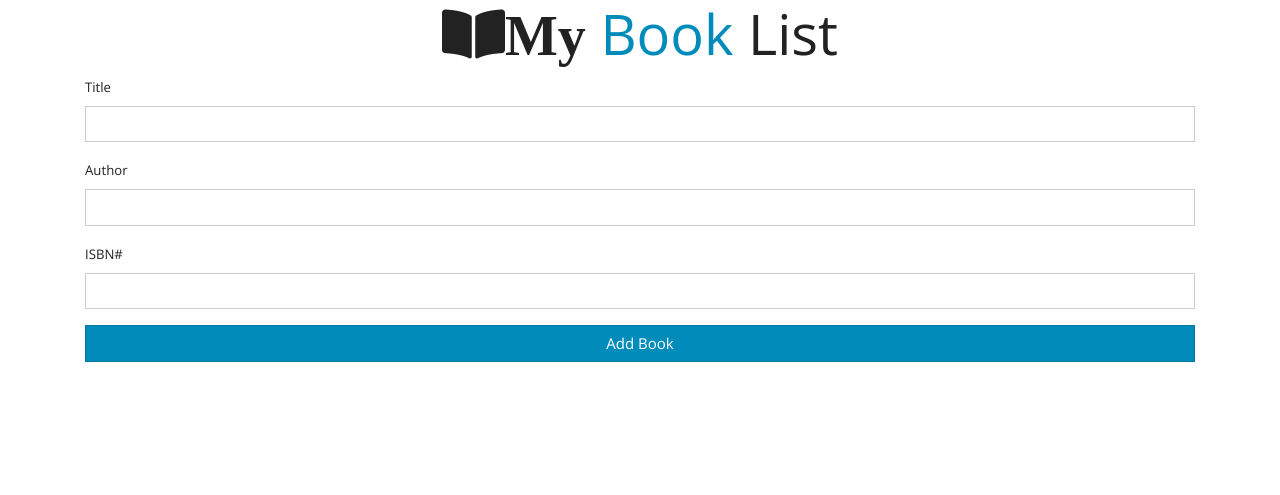
Repository: konstantin0s/bookList
Page: index.html
These files come from the project's save history. The page is drawn as it stood at one moment and after the next save; the edit follows.
The browser window is 1280 px wide. The pictures show the whole page.
Some web libraries are served in a nearby version.

Above is the page before, as saved 2018-12-24 22:37:26.

### index.html
<!DOCTYPE html>
<html lang="en">
<head>
  <meta charset="UTF-8">
  <meta name="viewport" content="width=device-width, initial-scale=1.0">
  <meta http-equiv="X-UA-Compatible" content="ie=edge">
  <title>Book List</title>
  <link rel="stylesheet" href="https://bootswatch.com/4/yeti/bootstrap.min.css">
  <link rel="stylesheet" href="https://use.fontawesome.com/releases/v5.6.3/css/all.css" integrity="sha384-UHRtZLI+pbxtHCWp1t77Bi1L4ZtiqrqD80Kn4Z8NTSRyMA2Fd33n5dQ8lWUE00s/" crossorigin="anonymous">
</head>
<body>
  <div class="container">
    <h1 class="display-4 text-center"><i class="fas fa-book-open">My</i> <span class="text-primary">Book</span> List</h1>
  <form action="" id="book-form">
    <div class="form-group">
      <label for="title">Title</label>
      <input type="text" id="title" class="form-control">
    </div>
    <div class="form-group">
        <label for="author">Author</label>
        <input type="text" id="author" class="form-control">
      </div>
      <div class="form-group">
          <label for="isbn">ISBN#</label>
          <input type="text" id="isbn" class="form-control">
        </div>
        <input type="submit" value="Add Book" class="btn btn-primary btn-block">
  </form>
  <table>

  </table>
  </div>

  <script type="text/javascript" src="js/app.js"></script>
</body>
</html>

Loaded but not shown: js/app.js (no copy from this time; the picture is the same without it)

After the next save:
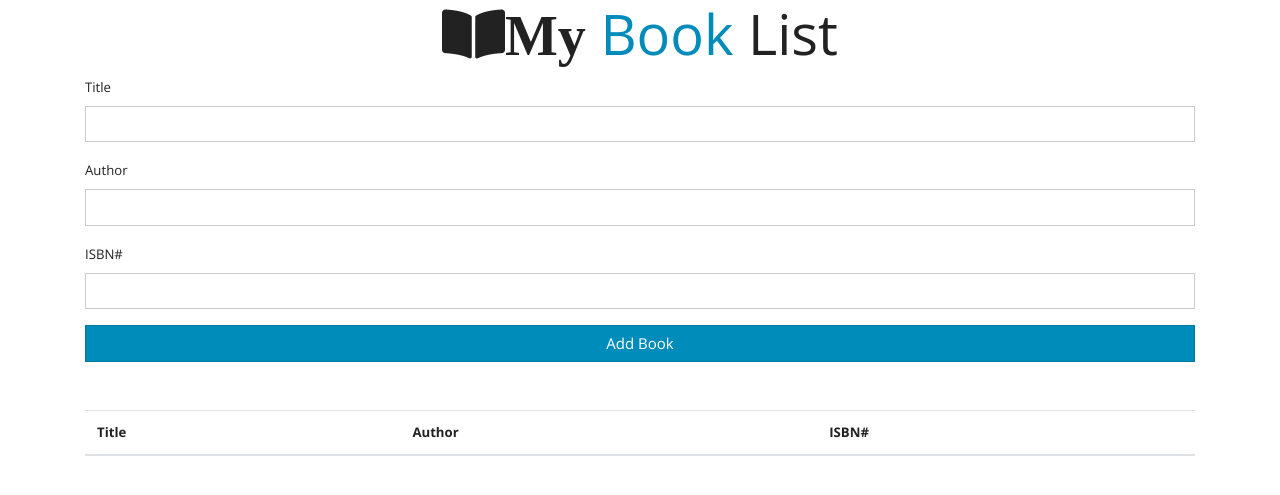
Saved 110 s later.
--- a/index.html
+++ b/index.html
@@ -27,7 +27,16 @@
         <input type="submit" value="Add Book" class="btn btn-primary btn-block">
   </form>
   <table>
-
+    <table class="table table-striped mt-5">
+      <thead>
+        <tr>
+          <th>Title</th>
+          <th>Author</th>
+          <th>ISBN#</th>
+        </tr>
+      </thead>
+      <tbody id="book-list"></tbody>
+    </table>
   </table>
   </div>
 
